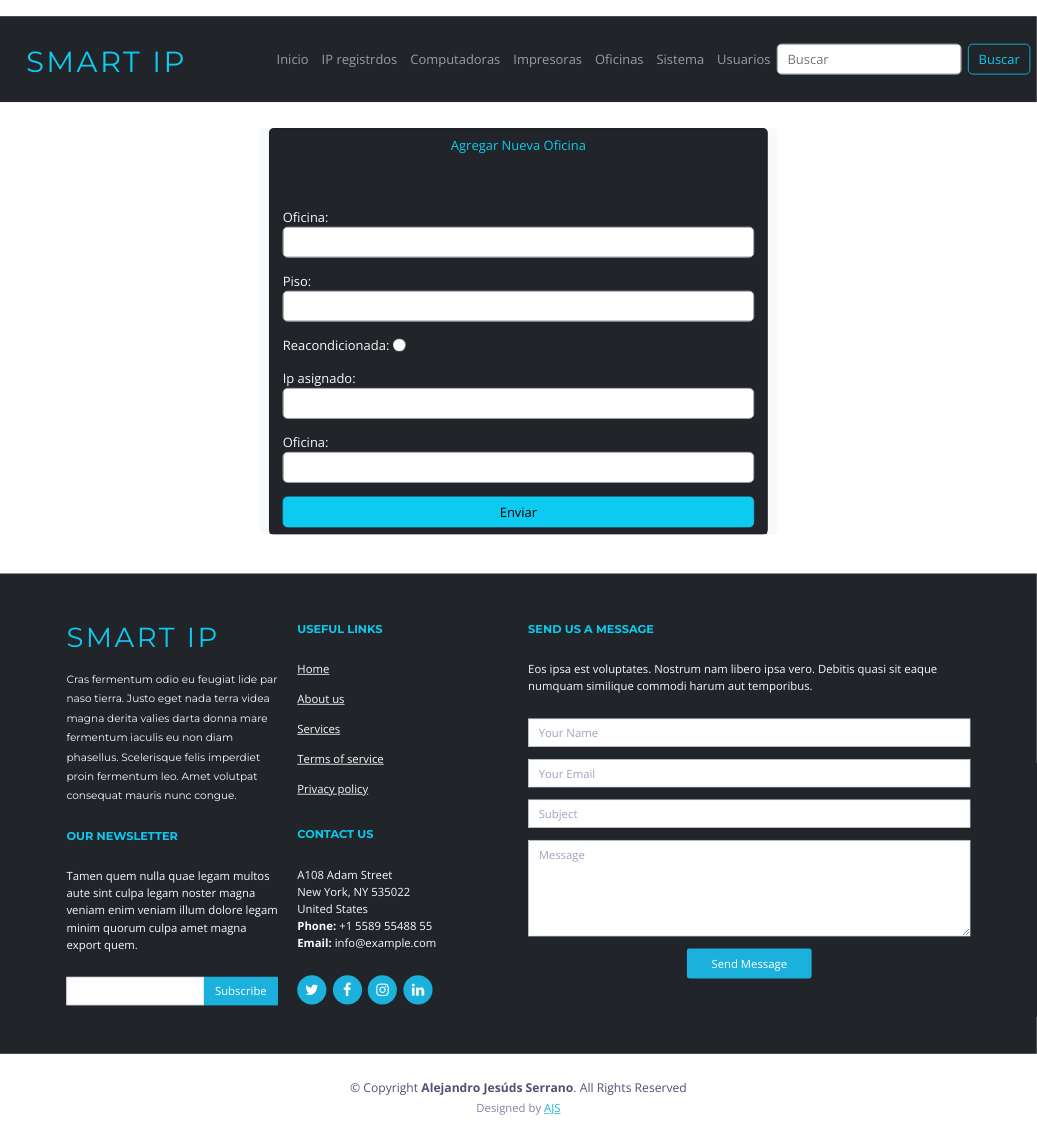
Repository: AlejandroJesusSerrano/SmartIPs
Page: smartip/smartipnav/templates/smartipnav/office_form.html
An editor plug-in stored every save of this project. The page is shown before and after the next save, followed by the edit.
The browser window is 1280 px wide. The pictures show the whole page, at 81% of full size.
The page is served by the project's application, run on Django 4.2 (smartip/manage.py). Other server files are loaded and not shown. The template is opened directly, without the code that normally fills it, so the values that code supplies are empty.

Above is the page before, as saved 2022-11-14 09:29:22.

### smartip/smartipnav/templates/smartipnav/office_form.html
{% extends 'smartipnav/base.html' %}

{% block content %}
<section>
    <div class="container col-lg-6 bg-light rounded">
        <div class="card mx-auto mt-5 bg-dark style="width: 20rem;">
            <div class="card-header bg-dark text-info mx-auto">
              Agregar Nueva Oficina
            </div>
            <form id=printer_add_form action="" method="post" class="mt-5">
                {% csrf_token %}
                <ul class="list-group list-group-flush">
                    <li class="list-group-item bg-dark">
                        <label class="form-control-label text-light" for="office_name">Oficina: </label>
                        <input class="form-control" type="text" name="office_name" id="office_name">
                    </li>
                    <li class="list-group-item bg-dark">
                        <label class="form-control-label text-light" for="office_floor">Piso: </label>
                        <input class="form-control" type="text" name="office_floor" id="office_floor">
                    </li>
                    <li class="list-group-item bg-dark">
                        <label class="form-check-label text-light" for="flexRadioDefault1">
                            Reacondicionada:
                        </label>
                        <input class="form-check-input" type="radio" name="flexRadioDefault" id="flexRadioDefault1">
                    </li>
                    <li class="list-group-item bg-dark">
                        <label class="form-control-label text-light" for="printer_ip">Ip asignado: </label>
                        <input class="form-control" type="text" name="printer_ip" id="printer_ip">
                    </li>
                    <li class="list-group-item bg-dark">
                        <label class="form-control-label text-light" for="printer_office">Oficina: </label>
                        <input class="form-control" type="text" namr="printer_office" id="printer_office">
                    </li>
                    <li class="list-group-item bg-dark px-auto">
                        <button type="submit" class="btn btn-info row mx-auto w-100">Enviar</button>
                    </li>
                  </ul>
            </form>
        </div>
    </div>
</section>
{% endblock %}

### smartip/smartipnav/templates/smartipnav/base.html
<!DOCTYPE html>
<html lang="en">
<head>

  {% load static %}
  <meta charset="utf-8">
  <title>Smart IP</title>
  <meta content="width=device-width, initial-scale=1.0" name="viewport">
  <meta content="" name="keywords">
  <meta content="" name="description">

  <!-- Favicons -->
  <link href="{% static 'smartipnav/img/favicon.png' %}" rel="icon">
  <link href="{% static 'smartipnav/img/apple-touch-icon.png' %}" rel="apple-touch-icon">

  <!-- Google Fonts -->
  <link href="https://fonts.googleapis.com/css?family=Open+Sans:300,300i,400,400i,500,600,700,700i|Montserrat:300,400,500,600,700" rel="stylesheet">

  <!-- Bootstrap CSS File -->
  <link href="https://cdn.jsdelivr.net/npm/bootstrap@5.2.2/dist/css/bootstrap.min.css" rel="stylesheet" integrity="sha384-Zenh87qX5JnK2Jl0vWa8Ck2rdkQ2Bzep5IDxbcnCeuOxjzrPF/et3URy9Bv1WTRi" crossorigin="anonymous">

  <!-- Libraries CSS Files -->
  <link href="{% static 'smartipnav/lib/font-awesome/css/font-awesome.min.css' %}" rel="stylesheet">
  <link href="{% static 'smartipnav/lib/animate/animate.min.css' %}" rel="stylesheet">
  <link href="{% static 'smartipnav/lib/ionicons/css/ionicons.min.css' %}" rel="stylesheet">
  <link href="{% static 'smartipnav/lib/owlcarousel/assets/owl.carousel.min.css' %}" rel="stylesheet">
  <link href="{% static 'smartipnav/lib/lightbox/css/lightbox.min.css' %}" rel="stylesheet">

  <!-- Main Stylesheet File -->
  <link href="{% static 'smartipnav/css/style.css' %}" rel="stylesheet">

  <!-- =======================================================
    Theme Name: Rapid
    Theme URL: https://bootstrapmade.com/rapid-multipurpose-bootstrap-business-template/
    Author: BootstrapMade.com
    License: https://bootstrapmade.com/license/
  ======================================================= -->
</head>

<body>
  <!--==========================
  Header
  ============================-->
  <header id="header">
    <nav class="navbar navbar-expand-lg navbar-dark bg-dark mb-5">
      <a class="navbar-brand" href="index">
        <div class="logo mb-4">
          <!-- Uncomment below if you prefer to use an image logo -->
          <h1 class="text-bg-dark mx-auto "><a href="index"><span class= "text-info">Smart IP</span></a></h1>
          <!-- <a href="#header" class="scrollto"><img src="img/logo.png" alt="" class="img-fluid"></a> -->
        </div>
      </a>
      <button class="navbar-toggler" type="button" data-bs-toggle="collapse" data-bs-target="#navbarSupportedContent" aria-controls="navbarSupportedContent" aria-expanded="false" aria-label="Toggle navigation">
        <span class="navbar-toggler-icon"></span>
      </button>
      <div class="collapse navbar-collapse" id="navbarSupportedContent">
        <ul class="navbar-nav ms-auto mb-2 mb-lg-0">
          <li class="nav-item">
            <a class="nav-link {% block indexactive %} {% endblock %}" aria-current="page" href="{% url 'Inicio' %}">Inicio</a>
          </li>
          <li class="nav-item">
            <a class="nav-link {% block ipactive %} {% endblock %}" aria-current="page" href=" {% url 'Ip' %}">IP registrdos</a>
          </li>
          <li class="nav-item">
            <a class="nav-link {% block computeractive %} {% endblock %}" aria-current="page" href="{% url 'Computers' %}">Computadoras</a>
          </li>
          <li class="nav-item">
            <a class="nav-link {% block printersactive %} {% endblock %}" aria-current="page" href="{% url 'Printers' %}">Impresoras</a>
          </li>
          <li class="nav-item">
            <a class="nav-link {% block officesactive %} {% endblock %}" aria-current="page" href="{% url 'Offices' %}">Oficinas</a>
          </li>
          <li class="nav-item">
            <a class="nav-link {% block usersactive %} {% endblock %}" aria-current="page" href="{% url 'Users' %}">Sistema</a>
          </li>
          <li class="nav-item">
            <a class="nav-link {% block userspcactive %} {% endblock %}" aria-current="page" href="{% url 'UsersPc' %}">Usuarios</a>
          </li>

          <!-- <li class="nav-item dropdown">
            <a class="nav-link dropdown-toggle" href="#" id="navbarDropdown" role="button" data-bs-toggle="dropdown" aria-expanded="false">
              Dropdown
            </a>
            <ul class="dropdown-menu" aria-labelledby="navbarDropdown">
              <li><a class="dropdown-item" href="#">Acción</a></li>
              <li><a class="dropdown-item" href="#">Otra acción</a></li>
              <li><hr class="dropdown-divider"></li>
              <li><a class="dropdown-item" href="#">Algo más aquí</a></li>
            </ul>
          </li>
          <li class="nav-item">
            <a class="nav-link disabled">Deshabilitado</a>
          </li> -->
        </ul>
        <form class="d-flex" role="search">
          <input class="form-control me-2" type="search" placeholder="Buscar" aria-label="Buscar">
          <button class="btn btn-outline-info me-2" type="submit">Buscar</button>
        </form>
      </div>
    </nav>
  </header><!-- #header -->



    {% block content %}

    {% endblock %}



  <!--==========================
    Footer
  ============================-->
  <footer id="footer" class="section-bg">
    <div class="mt-5 footer-top bg-dark">
      <div class="container bg-dark">

        <div class="row">

          <div class="col-lg-6">

            <div class="row">

                <div class="col-sm-6">

                  <div class="footer-info">
                    <h3 class="text-info">Smart Ip</h3>
                    <p class="text-light">Cras fermentum odio eu feugiat lide par naso tierra. Justo eget nada terra videa magna derita valies darta donna mare fermentum iaculis eu non diam phasellus. Scelerisque felis imperdiet proin fermentum leo. Amet volutpat consequat mauris nunc congue.</p>
                  </div>

                  <div class="footer-newsletter">
                    <h4 class="text-info">Our Newsletter</h4>
                    <p class="text-light">Tamen quem nulla quae legam multos aute sint culpa legam noster magna veniam enim veniam illum dolore legam minim quorum culpa amet magna export quem.</p>
                    <form action="" method="post">
                      <input type="email" name="email"><input type="submit"  value="Subscribe">
                    </form>
                  </div>

                </div>

                <div class="col-sm-6">
                  <div class="footer-links">
                    <h4 class="text-info">Useful Links</h4>
                    <ul>
                      <li><a class="text-light" href="#">Home</a></li>
                      <li><a class="text-light" href="#">About us</a></li>
                      <li><a class="text-light" href="#">Services</a></li>
                      <li><a class="text-light" href="#">Terms of service</a></li>
                      <li><a class="text-light" href="#">Privacy policy</a></li>
                    </ul>
                  </div>

                  <div class="footer-links">
                    <h4 class="text-info">Contact Us</h4>
                    <p class="text-light">
                      A108 Adam Street <br>
                      New York, NY 535022<br>
                      United States <br>
                      <strong>Phone:</strong> +1 5589 55488 55<br>
                      <strong>Email:</strong> info@example.com<br>
                    </p>
                  </div>

                  <div class="social-links">
                    <a href="#" class="twitter"><i class="fa fa-twitter"></i></a>
                    <a href="#" class="facebook"><i class="fa fa-facebook"></i></a>
                    <a href="#" class="instagram"><i class="fa fa-instagram"></i></a>
                    <a href="#" class="linkedin"><i class="fa fa-linkedin"></i></a>
                  </div>

                </div>

            </div>

          </div>

          <div class="col-lg-6">

            <div class="form">

              <h4 class="text-info">Send us a message</h4>
              <p class= "text-light">Eos ipsa est voluptates. Nostrum nam libero ipsa vero. Debitis quasi sit eaque numquam similique commodi harum aut temporibus.</p>
              <form action="" method="post" role="form" class="contactForm">
                <div class="form-group">
                  <input type="text" name="name" class="form-control" id="name" placeholder="Your Name" data-rule="minlen:4" data-msg="Please enter at least 4 chars" />
                  <div class="validation"></div>
                </div>
                <div class="form-group">
                  <input type="email" class="form-control" name="email" id="email" placeholder="Your Email" data-rule="email" data-msg="Please enter a valid email" />
                  <div class="validation"></div>
                </div>
                <div class="form-group">
                  <input type="text" class="form-control" name="subject" id="subject" placeholder="Subject" data-rule="minlen:4" data-msg="Please enter at least 8 chars of subject" />
                  <div class="validation"></div>
                </div>
                <div class="form-group">
                  <textarea class="form-control" name="message" rows="5" data-rule="required" data-msg="Please write something for us" placeholder="Message"></textarea>
                  <div class="validation"></div>
                </div>

                <div id="sendmessage">Your message has been sent. Thank you!</div>
                <div id="errormessage"></div>

                <div class="text-center"><button type="submit" title="Send Message">Send Message</button></div>
              </form>
            </div>

          </div>



        </div>

      </div>
    </div>

    <div class="container">
      <div class="copyright">
        &copy; Copyright <strong>Alejandro Jesúds Serrano</strong>. All Rights Reserved
      </div>
      <div class="credits">
        <!--
          All the links in the footer should remain intact.
          You can delete the links only if you purchased the pro version.
          Licensing information: https://bootstrapmade.com/license/
          Purchase the pro version with working PHP/AJAX contact form: https://bootstrapmade.com/buy/?theme=Rapid
        -->
        Designed by <a href="https://AJS.com/">AJS</a>
      </div>
    </div>
  </footer><!-- #footer -->

  <a href="#" class="back-to-top"><i class="fa fa-chevron-up"></i></a>
  <!-- Uncomment below i you want to use a preloader -->
  <!-- <div id="preloader"></div> -->

  <!-- JavaScript Libraries -->
  <script src="{% static 'smartipnav/lib/jquery/jquery.min.js' %}"></script>
  <script src="{% static 'smartipnav/lib/jquery/jquery-migrate.min.js' %}"></script>
  <script src="https://cdn.jsdelivr.net/npm/bootstrap@5.2.2/dist/js/bootstrap.bundle.min.js" integrity="sha384-OERcA2EqjJCMA+/3y+gxIOqMEjwtxJY7qPCqsdltbNJuaOe923+mo//f6V8Qbsw3" crossorigin="anonymous"></script>
  <script src="{% static 'smartipnav/lib/easing/easing.min.js' %}"></script>
  <script src="{% static 'smartipnav/lib/mobile-nav/mobile-nav.js' %}"></script>
  <script src="{% static 'smartipnav/lib/wow/wow.min.js' %}"></script>
  <script src="{% static 'smartipnav/lib/waypoints/waypoints.min.js' %}"></script>
  <script src="{% static 'smartipnav/lib/counterup/counterup.min.js' %}"></script>
  <script src="{% static 'smartipnav/lib/owlcarousel/owl.carousel.min.js' %}"></script>
  <script src="{% static 'smartipnav/lib/isotope/isotope.pkgd.min.js' %}"></script>
  <script src="{% static 'smartipnav/lib/lightbox/js/lightbox.min.js' %}"></script>
  <!-- Contact Form JavaScript File -->
  <script src="{% static 'smartipnav/contactform/contactform.js' %}"></script>

  <!-- Template Main Javascript File -->
  <script src="{% static 'smartipnav/js/main.js' %}"></script>

</body>
</html>

### smartip/smartip/urls.py
"""smartip URL Configuration

The `urlpatterns` list routes URLs to views. For more information please see:
    https://docs.djangoproject.com/en/4.1/topics/http/urls/
Examples:
Function views
    1. Add an import:  from my_app import views
    2. Add a URL to urlpatterns:  path('', views.home, name='home')
Class-based views
    1. Add an import:  from other_app.views import Home
    2. Add a URL to urlpatterns:  path('', Home.as_view(), name='home')
Including another URLconf
    1. Import the include() function: from django.urls import include, path
    2. Add a URL to urlpatterns:  path('blog/', include('blog.urls'))
"""
from django.contrib import admin
from django.urls import path

urlpatterns = [
    path('admin/', admin.site.urls),
]

Loaded but not shown: smartip/smartipnav/static/smartipnav/lib/font-awesome/css/font-awesome.min.css (library); smartip/smartipnav/static/smartipnav/lib/animate/animate.min.css (library); smartip/smartipnav/static/smartipnav/lib/ionicons/css/ionicons.min.css (library); smartip/smartipnav/static/smartipnav/lib/owlcarousel/assets/owl.carousel.min.css (library); smartip/smartipnav/static/smartipnav/lib/lightbox/css/lightbox.min.css (common file); smartip/smartipnav/static/smartipnav/lib/jquery/jquery.min.js (library); smartip/smartipnav/static/smartipnav/lib/jquery/jquery-migrate.min.js (library); smartip/smartipnav/static/smartipnav/lib/easing/easing.min.js (common file); smartip/smartipnav/static/smartipnav/lib/mobile-nav/mobile-nav.js (common file); smartip/smartipnav/static/smartipnav/lib/wow/wow.min.js (library); smartip/smartipnav/static/smartipnav/lib/waypoints/waypoints.min.js (library); smartip/smartipnav/static/smartipnav/lib/counterup/counterup.min.js (common file); smartip/smartipnav/static/smartipnav/lib/owlcarousel/owl.carousel.min.js (library); smartip/smartipnav/static/smartipnav/lib/isotope/isotope.pkgd.min.js (library); smartip/smartipnav/static/smartipnav/lib/lightbox/js/lightbox.min.js (library); smartip/smartipnav/static/smartipnav/js/main.js (131 lines, source omitted); smartip/smartipnav/static/smartipnav/contactform/contactform.js (118 lines, source omitted); smartip/smartipnav/static/smartipnav/css/style.css (1573 lines, source omitted)

After the next save:
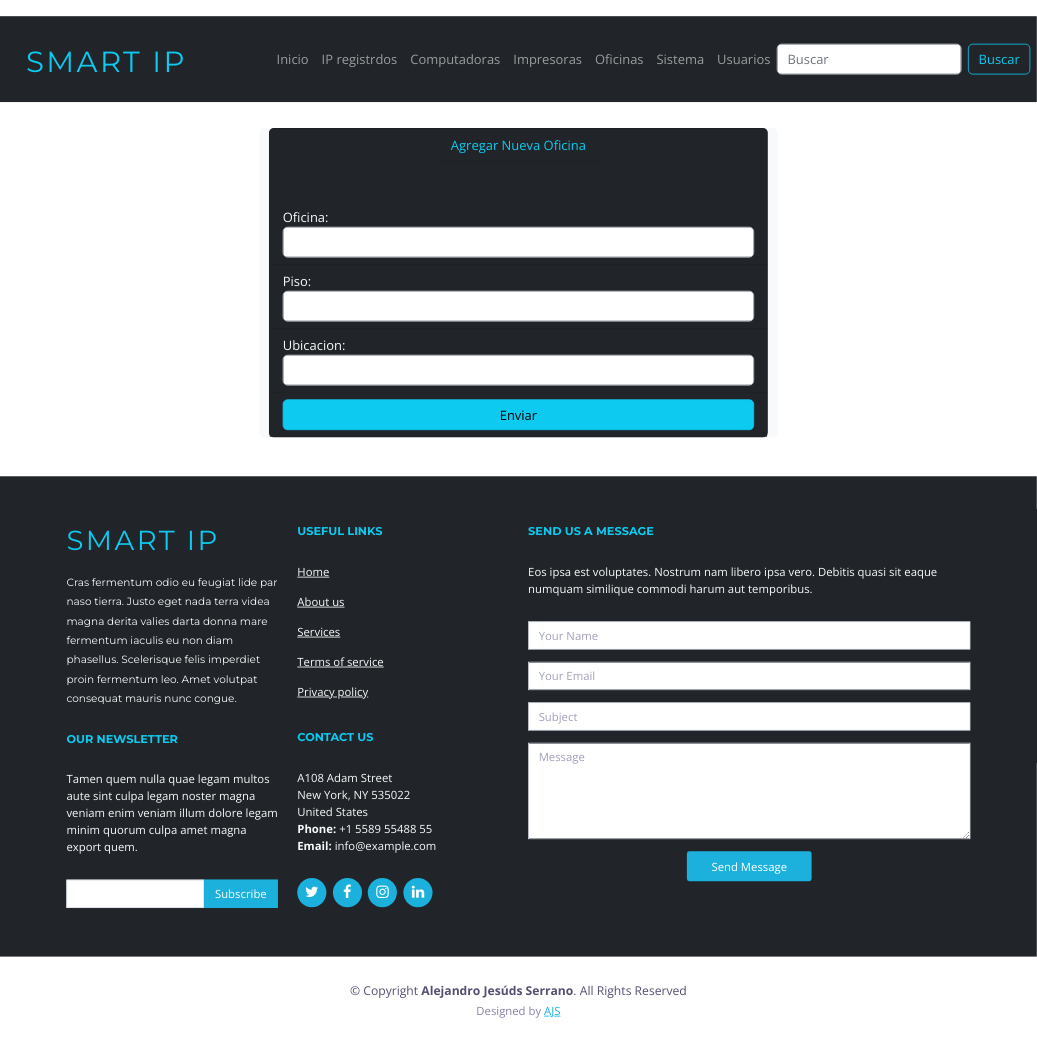
Saved 74 s later.
--- a/smartip/smartipnav/templates/smartipnav/office_form.html
+++ b/smartip/smartipnav/templates/smartipnav/office_form.html
@@ -19,18 +19,8 @@
                         <input class="form-control" type="text" name="office_floor" id="office_floor">
                     </li>
                     <li class="list-group-item bg-dark">
-                        <label class="form-check-label text-light" for="flexRadioDefault1">
-                            Reacondicionada:
-                        </label>
-                        <input class="form-check-input" type="radio" name="flexRadioDefault" id="flexRadioDefault1">
-                    </li>
-                    <li class="list-group-item bg-dark">
-                        <label class="form-control-label text-light" for="printer_ip">Ip asignado: </label>
+                        <label class="form-control-label text-light" for="office_location">Ubicacion: </label>
                         <input class="form-control" type="text" name="printer_ip" id="printer_ip">
-                    </li>
-                    <li class="list-group-item bg-dark">
-                        <label class="form-control-label text-light" for="printer_office">Oficina: </label>
-                        <input class="form-control" type="text" namr="printer_office" id="printer_office">
                     </li>
                     <li class="list-group-item bg-dark px-auto">
                         <button type="submit" class="btn btn-info row mx-auto w-100">Enviar</button>
